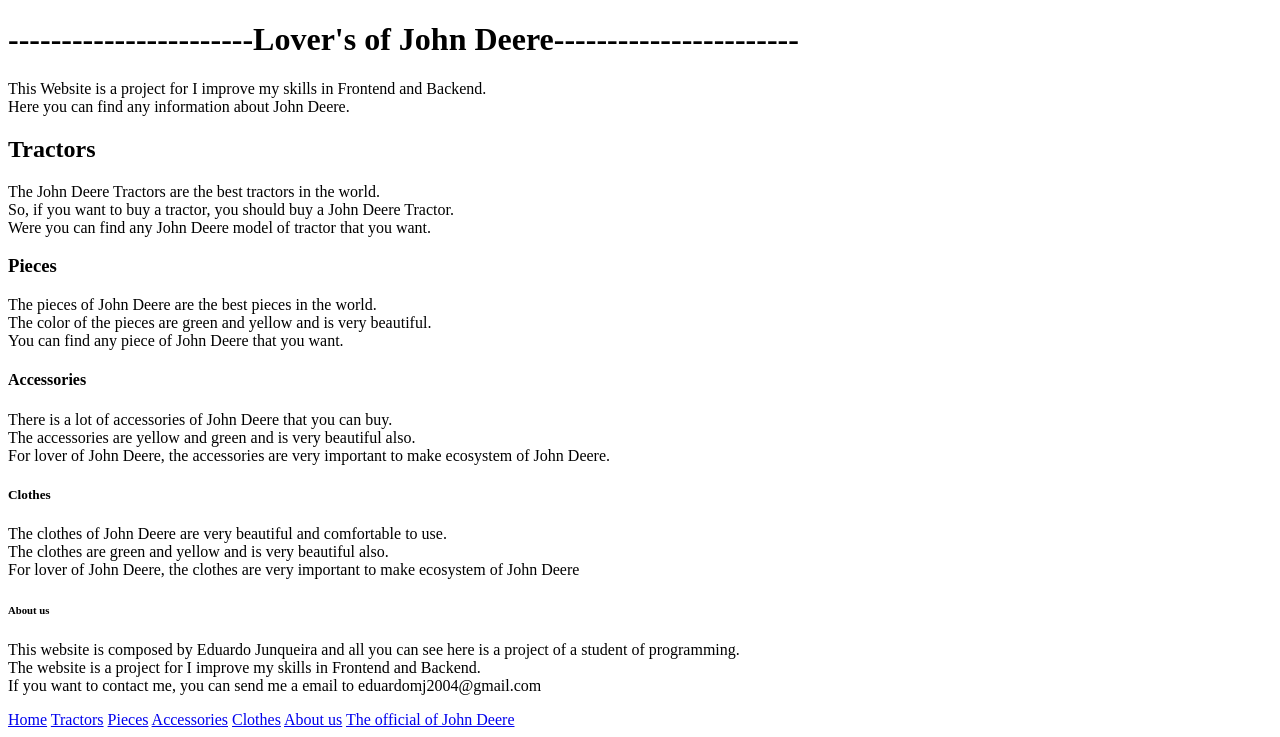
Repository: EduardoJunqueira2004/WEBJohnDeere
Page: index.html
The author's editor kept a copy of each file at every save. The page is drawn from the files as they stood at one save, then again after the next save.
The browser window is 1280 px wide. The pictures show the whole page.

Above is the page before, as saved 2024-12-05 11:35:39.

### index.html
<!DOCTYPE html>
<html lang="en">
<head>
    <meta charset="UTF-8">
    <meta name="viewport" content="width=device-width, initial-scale=1.0">
    <title>Index.html</title>
</head>
<body>
    <!--heder1-->
    <h1>-----------------------<strong>Lover's of John Deere</strong>-----------------------</h1>
    <p>
        This Website is a project for I improve my skills in Frontend and Backend.<br>
        Here you can find any information about John Deere.
    </p>
    <!--heder2-->
    <h2>Tractors</h2>
    <p>
        The John Deere Tractors are the best tractors in the world.<br>
        So, if you want to buy a tractor, you should buy a John Deere Tractor.<br>
        Were you can find any John Deere  model of tractor that you want.
    </p>
    <!--heder3-->
    <h3>Pieces</h3>
    <p>
        The pieces of John Deere are the best pieces in the world.<br>
        The color of the pieces are green and yellow and is very beautiful.<br>
        You can find any piece of John Deere that you want.
    </p>
    <!--heder4-->
    <h4>Accessories</h4>
    <p>
        There is a lot of accessories of John Deere that you can buy.<br>
        The accessories are yellow and green and is very beautiful also.<br>
        For lover of John Deere, the accessories are very important to make ecosystem of John Deere.
    </p>
    <!--heder5-->
    <h5>Clothes</h5>
    <p>
        The clothes of John Deere are very beautiful and comfortable to use.<br>
        The clothes are green and yellow and is very beautiful also.<br>
        For lover of John Deere, the clothes are very important to make ecosystem of John Deere
    </p>
    <!--heder6-->
    <h6>About us</h6>
    <p>
        This website is  composed by Eduardo Junqueira and all you can see here is a project of a student of programming.<br>
        The website is a project for I improve my skills in Frontend and Backend.<br>
        If you want to contact me, you can send me a email to eduardomj2004@gmail.com<br>
    </p>
    <!--Final of the page-->
    <footer>
        <a href="index.html">Home</a>
        <a href="tractors.html">Tractors</a>
        <a href="pieces.html">Pieces</a>
        <a href="accessories.html">Accessories</a>
        <a href="clothes.html">Clothes</a>
        <a href="aboutus.html">About us</a>
        <a href="https://www.deere.com/en/"> The official of John Deere</a>
    </footer>
</body>
</html>

After the next save:
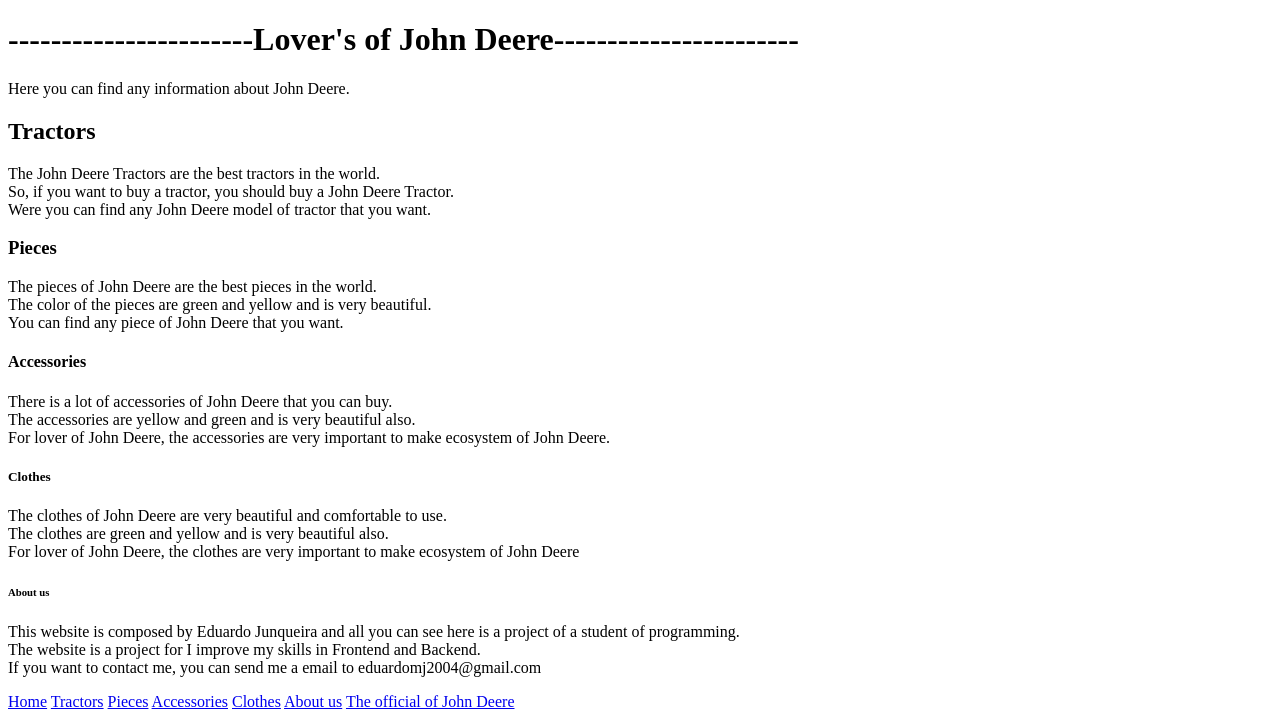
Saved 12 s later.
--- a/index.html
+++ b/index.html
@@ -9,7 +9,7 @@
     <!--heder1-->
     <h1>-----------------------<strong>Lover's of John Deere</strong>-----------------------</h1>
     <p>
-        This Website is a project for I improve my skills in Frontend and Backend.<br>
+        <This Website is a project for I improve my skills in Frontend and Backend.<br>
         Here you can find any information about John Deere.
     </p>
     <!--heder2-->

After the 4 saves that followed:
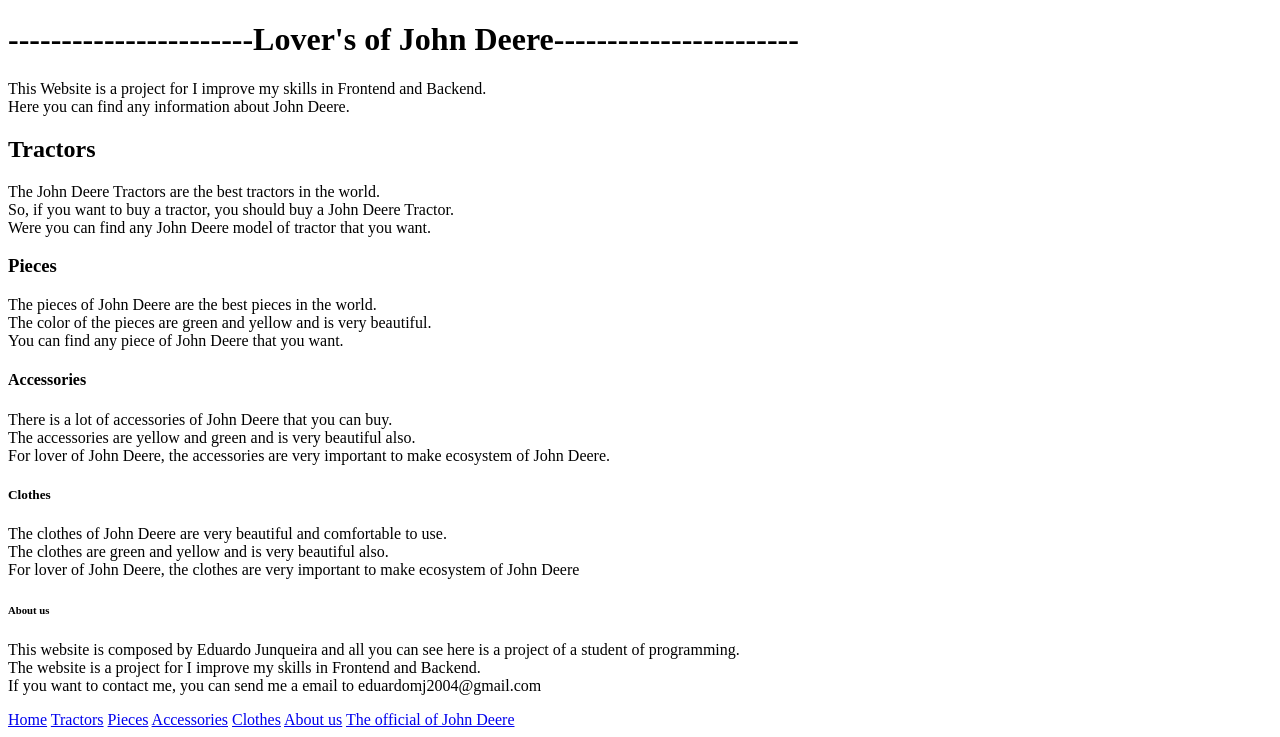
The 4 saves are shown as one change because they came seconds apart.
The last was saved 9 s later.
--- a/index.html
+++ b/index.html
@@ -9,7 +9,7 @@
     <!--heder1-->
     <h1>-----------------------<strong>Lover's of John Deere</strong>-----------------------</h1>
     <p>
-        <This Website is a project for I improve my skills in Frontend and Backend.<br>
+        This Website is a project for I improve my skills in Frontend and Backend.<br>
         Here you can find any information about John Deere.
     </p>
     <!--heder2-->
